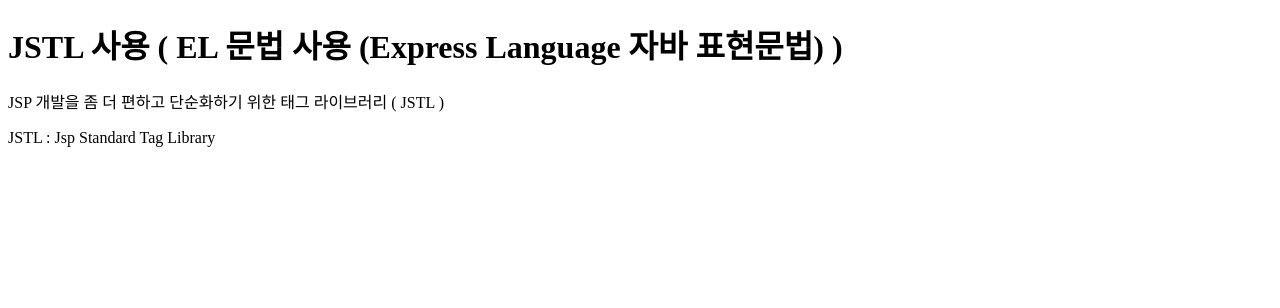
Repository: kvmhyvmvn/Study_JspServlet
Page: http://localhost/05.Mybatis/jstl/list.jsp
The author's editor kept a copy of each file at every save. The page is drawn from the files as they stood at one save, then again after the next save.
The browser window is 1280 px wide. The pictures show the whole page.
The page is served by Tomcat 9.

Above is the page before, as saved 2023-05-23 01:33:01.

After the next save:
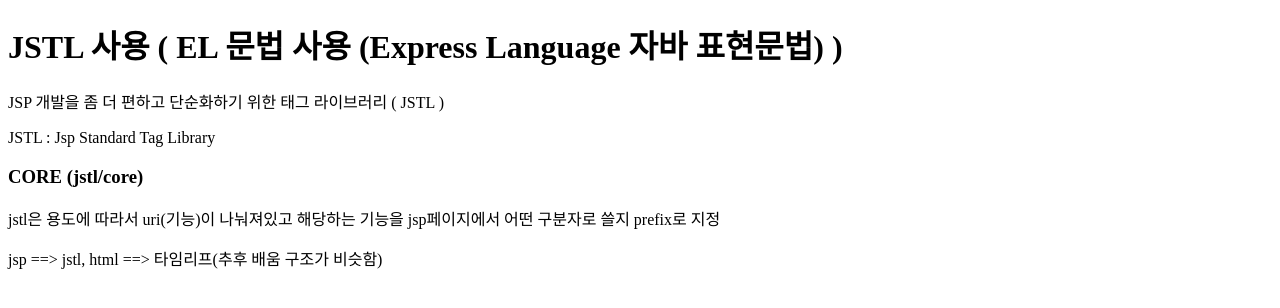
Saved 2 min 5 s later.
--- a/WorkSpace/05.Mybatis/src/main/webapp/jstl/list.jsp
+++ b/WorkSpace/05.Mybatis/src/main/webapp/jstl/list.jsp
@@ -1,5 +1,6 @@
 <%@ page language="java" contentType="text/html; charset=UTF-8"
     pageEncoding="UTF-8"%>
+    <%@ taglib uri="http://java.sun.com/jsp/jstl/core"  prefix="c"%>
 <!DOCTYPE html>
 <html>
 <head>
@@ -10,5 +11,8 @@
 	<h1>JSTL 사용 ( EL 문법 사용 (Express Language 자바 표현문법) )</h1>
 	<p>JSP 개발을 좀 더 편하고 단순화하기 위한 태그 라이브러리 ( JSTL )</p>
 	<p>JSTL : Jsp Standard Tag Library</p>
+	<h3> CORE (jstl/core) </h3>
+	<p>jstl은 용도에 따라서 uri(기능)이 나눠져있고 해당하는 기능을 jsp페이지에서 어떤 구분자로 쓸지 prefix로 지정</p>
+	<p>jsp ==> jstl, html ==> 타임리프(추후 배움 구조가 비슷함)</p>
 </body>
 </html>
